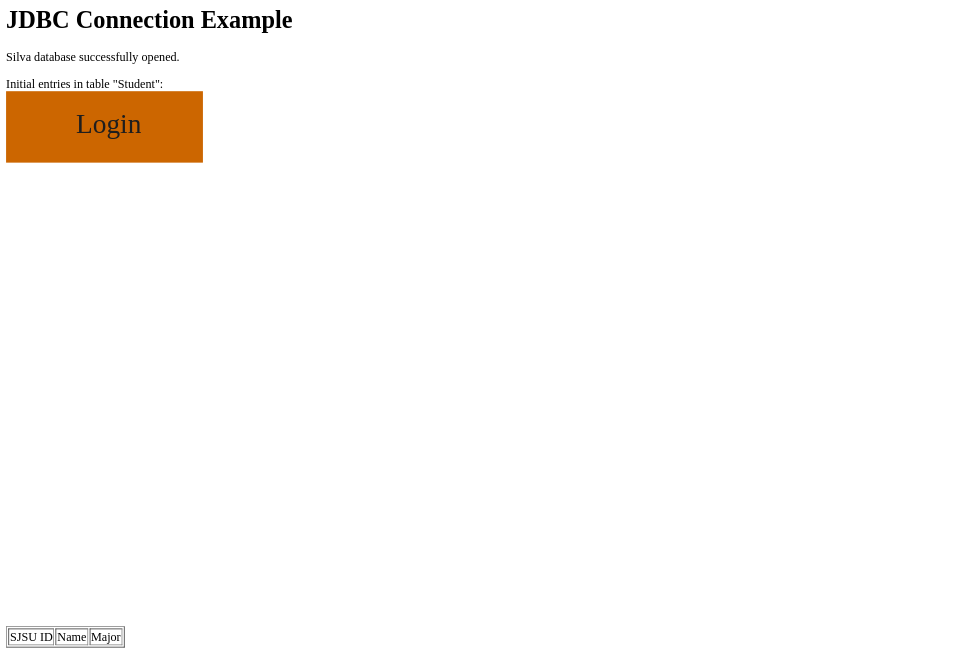
Repository: dannie-su-sjsu/CS157A-team6
Page: http://localhost/ToMovie/JDBCdemo.jsp
An editor plug-in stored every save of this project. The page is shown before and after the next save, followed by the edit.
The browser window is 1280 px wide. The pictures show the whole page, at 76% of full size.
The page is served by Tomcat 9. Queries for data that is not in the repository find no rows.

Above is the page before, as saved 2023-07-11 07:09:05.

After the next save:
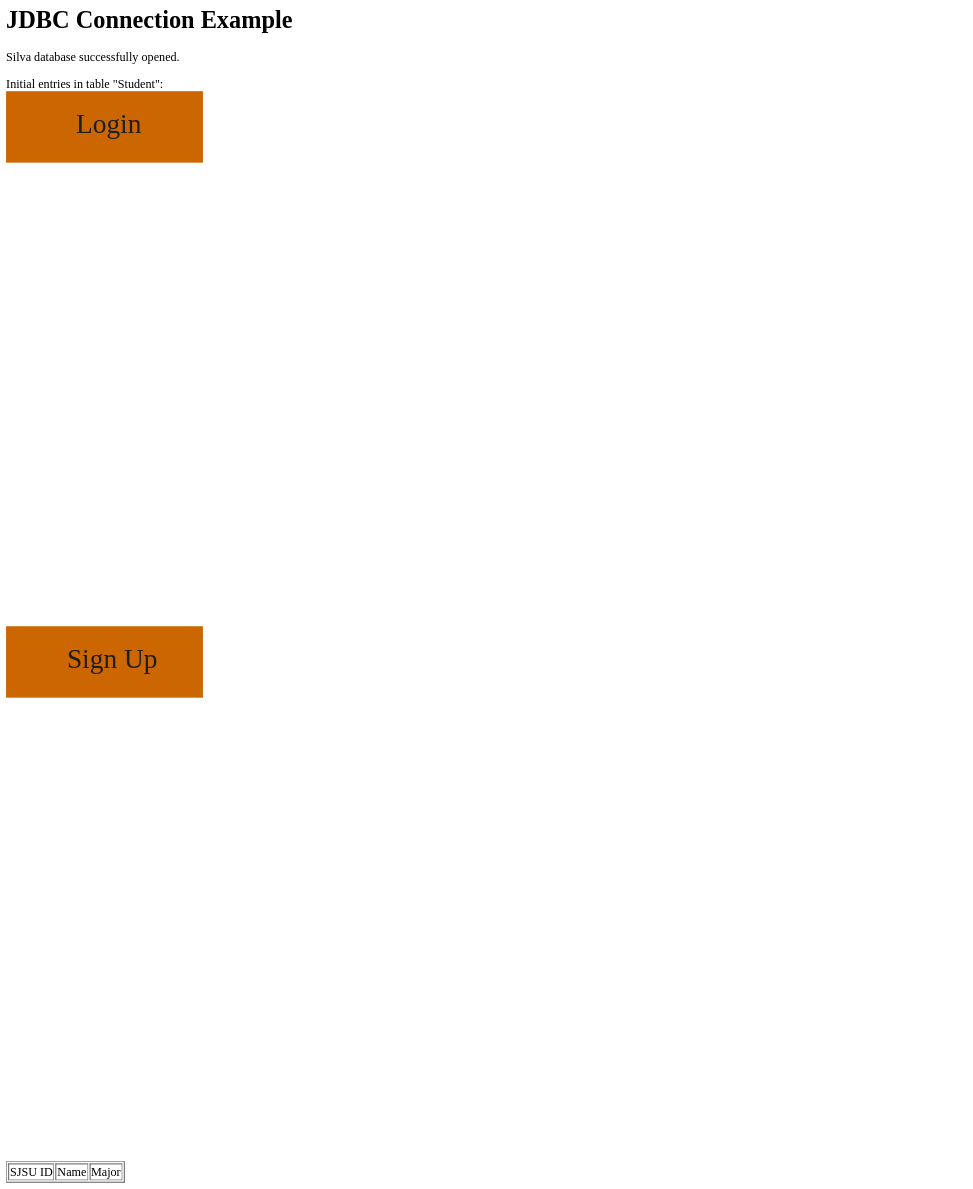
Saved 2 min 2 s later.
--- a/ToMovie/src/main/webapp/JDBCdemo.jsp
+++ b/ToMovie/src/main/webapp/JDBCdemo.jsp
@@ -40,6 +40,10 @@
     <div style="width: 100%; height: 100%; position: relative">
     <div style="width: 259px; height: 94px; left: 0px; top: 0px; position: absolute; background: #CC6600"></div>
     <div style="left: 92px; top: 22px; position: absolute; text-align: center; color: #1E1E1E; font-size: 36px; font-family: Jockey One; font-weight: 400; word-wrap: break-word">Login</div>
+	</div>
+	<div style="width: 100%; height: 100%; position: relative">
+    <div style="width: 259px; height: 94px; left: 0px; top: 0px; position: absolute; background: #CC6600"></div>
+    <div style="left: 80px; top: 22px; position: absolute; text-align: center; color: #1E1E1E; font-size: 36px; font-family: Jockey One; font-weight: 400; word-wrap: break-word">Sign Up</div>
 </div>
   </body>
 </html>
